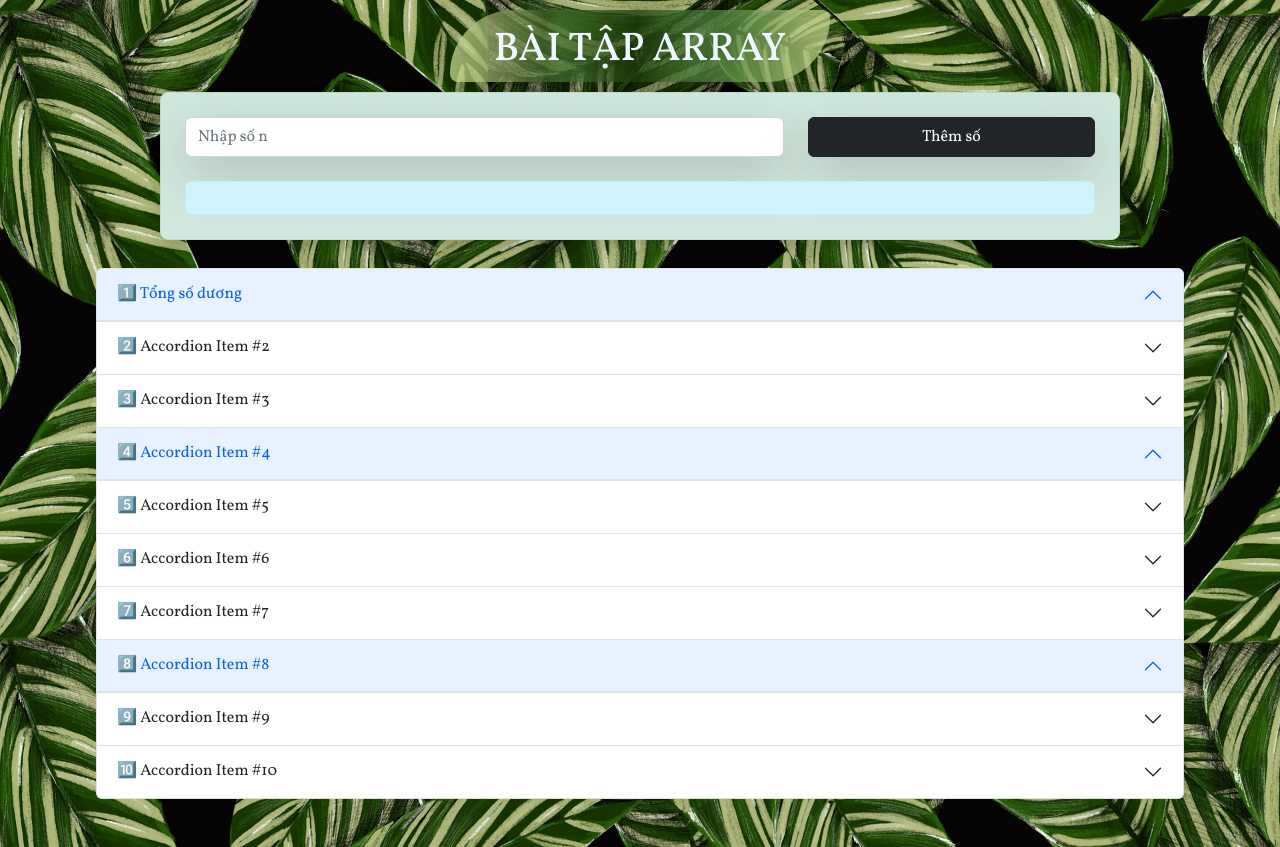
Repository: hcozyph/TranHuuPhuoc_BC43_BT_JS_Buoi7_8_ARRAY
Page: index.html
An editor plug-in stored every save of this project. The page is shown before and after the next save, followed by the edit.
The browser window is 1280 px wide. The pictures show the whole page.
Backgrounds fixed to the window are drawn as part of the page.

Above is the page before, as saved 2023-02-23 17:49:08.

After the next save:
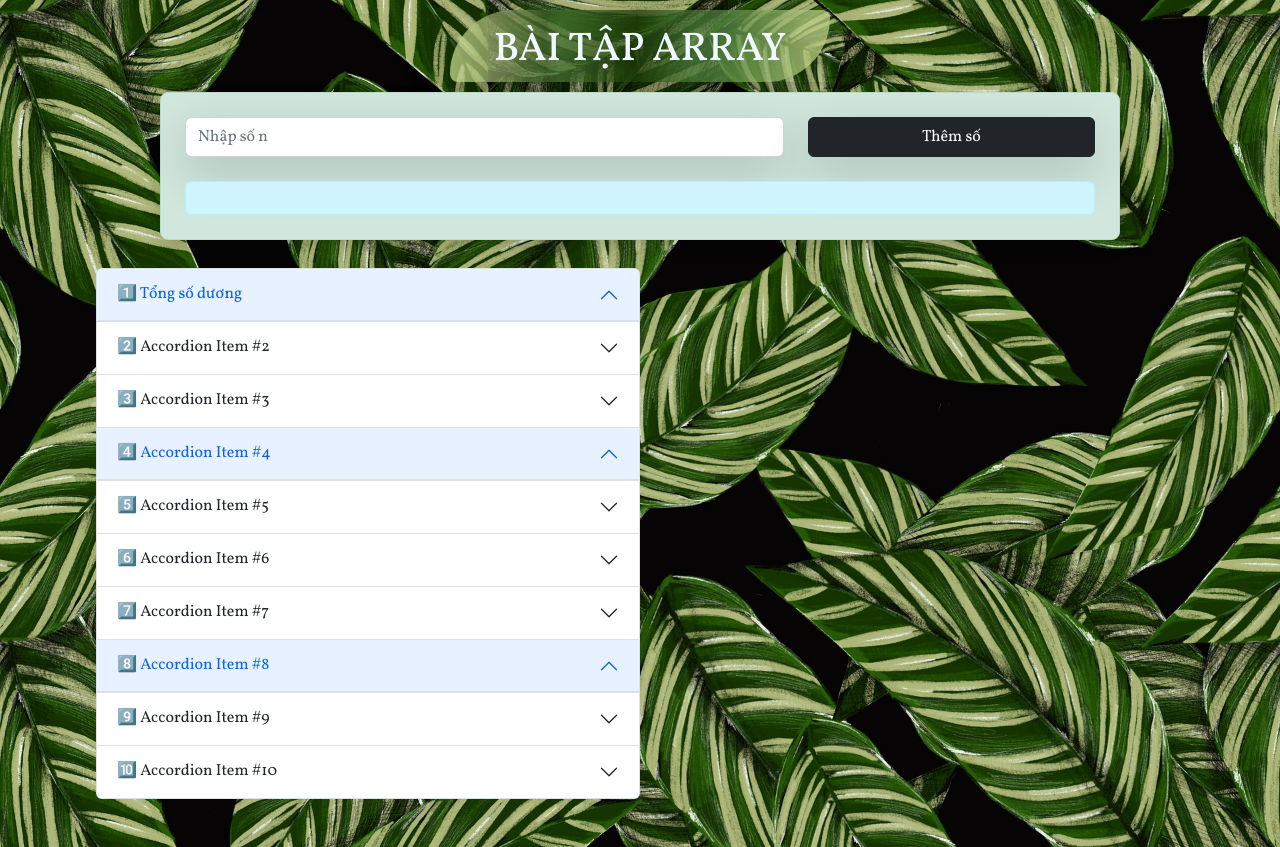
Saved 8 s later.
--- a/index.html
+++ b/index.html
@@ -70,7 +70,7 @@
                 </div>
             </div>
 
-            <div class="bt-array-content p-xl-5 p-4 mx-5 rounded-3 w-xl-50">
+            <div class="bt-array-content p-xl-5 p-4 mx-5 rounded-3 w-50">
                 <div class="accordion" id="accordionExample">
                     <!-- Task 1: Tính tổng số dương -->
                     <div class="accordion-item" id="bt1">

After the save that followed:
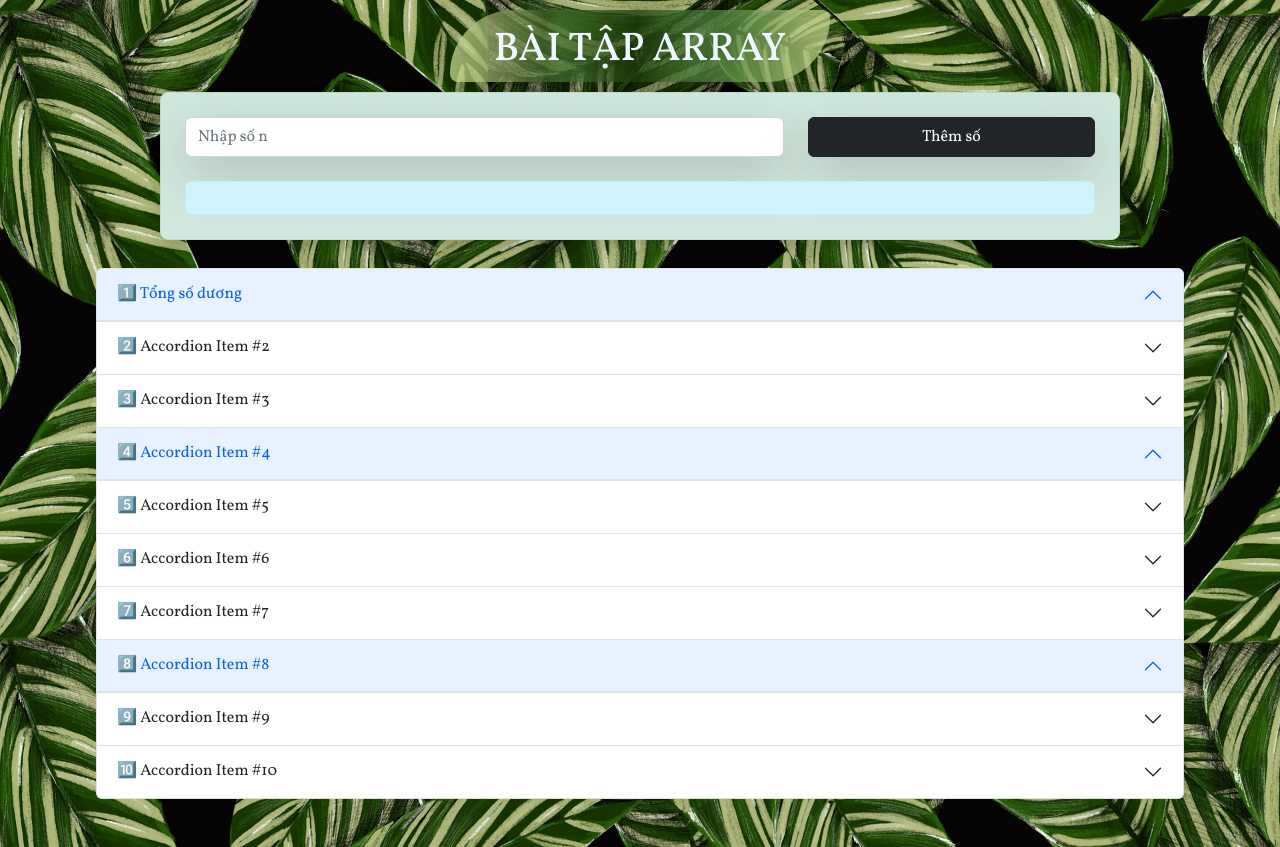
Saved 13 s later.
--- a/index.html
+++ b/index.html
@@ -70,7 +70,7 @@
                 </div>
             </div>
 
-            <div class="bt-array-content p-xl-5 p-4 mx-5 rounded-3 w-50">
+            <div class="bt-array-content p-xl-5 p-4 mx-5 rounded-3">
                 <div class="accordion" id="accordionExample">
                     <!-- Task 1: Tính tổng số dương -->
                     <div class="accordion-item" id="bt1">
